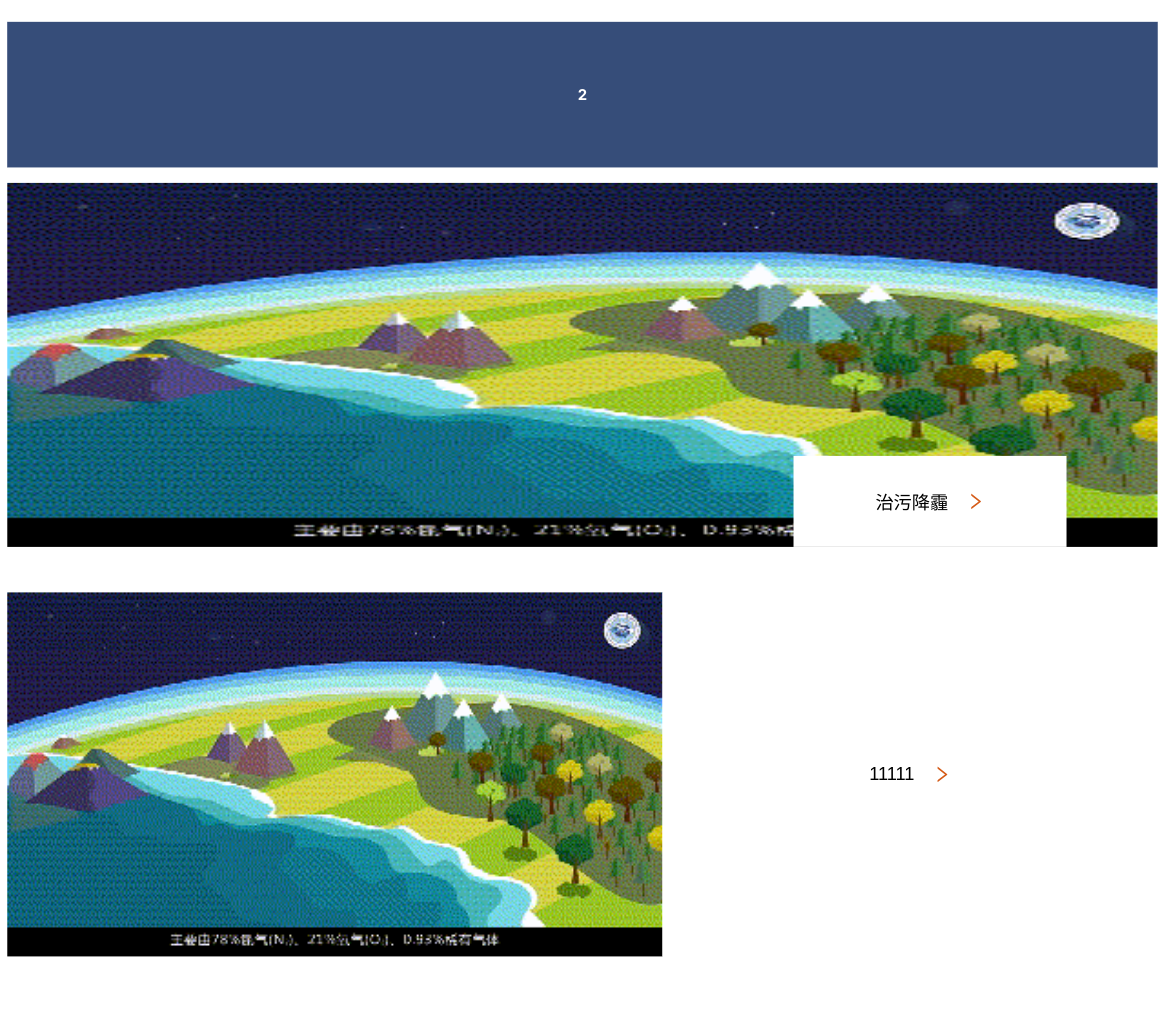
Repository: samllbin/summerWeb
Page: /
An editor plug-in stored every save of this project. The page is shown before and after the next save, followed by the edit.
The browser window is 1280 px wide. The pictures show the whole page, at 91% of full size.
The project was rebuilt for these pictures with package versions that can differ from the ones it lists, and the page was loaded fresh each time. Also part of the build but not shown: vite.config.js, components/menu/config.js.

Above is the page before, as saved 2024-07-22 16:00:19.

### src/App.jsx
import React, { useState } from "react";
import style from "./assets/index.module.css";
import Carousel from "@components/carousel/index";
import MenuTab from "@components/menu/MenuTab";
import Content from "@components/content";
import Article from "@components/article";

export default function App() {
  const [current, setCurrent] = useState("1");
  return (
    <div>
      <Carousel />
      <div className={style.layout}>
        {/* <MenuTab setCurrent={setCurrent} current={current} /> */}
        {/* <Content /> */}
        <Article type={"all"} />
        <Article type={"right"} />
      </div>
    </div>
  );
}

### src/assets/index.module.css
.layout {
  display: flex;
  flex-direction: column;
}

### components/carousel/index.jsx
import React from "react";
import { Carousel } from "antd";
import style from "./index.module.css";

export default function carousel() {
  return (
    <Carousel autoplay>
      <div>
        <h3 className={style.contentStyle}>1</h3>
      </div>
      <div>
        <h3 className={style.contentStyle}>2</h3>
      </div>
      <div>
        <h3 className={style.contentStyle}>3</h3>
      </div>
      <div>
        <h3 className={style.contentStyle}>4</h3>
      </div>
    </Carousel>
  );
}

### components/article/index.jsx
import React from "react";
import style from "./index.module.css";
import { RightOutlined } from "@ant-design/icons";

export default function Article({ type, imgURL, title }) {
  return (
    <div className={style.layout}>
      {type === "all" ? (
        <div className={style.allLayout}>
          <img
            src="../../public/大气组成.png"
            alt="article"
            className={style.allImage}
          />
          <div className={style.allTitle}>
            治污降霾
            <RightOutlined style={{ color: "#d55c19", marginLeft: 20 }} />
          </div>
        </div>
      ) : type === "right" ? (
        <div className={style.rightLayout}>
          <img
            src="../../public/大气组成.png"
            alt=""
            className={style.rightImage}
          />
          <div className={style.rightTitle}>
            11111
            <RightOutlined style={{ color: "#d55c19", marginLeft: 20 }} />
          </div>
        </div>
      ) : (
        <div></div>
      )}
    </div>
  );
}

### components/carousel/index.module.css
.contentStyle {
  height: 160px;
  color: #fff;
  line-height: 160px;
  text-align: center;
  background: #364d79;
}

### components/article/index.module.css
.layout {
  display: flex;
  font-family: "宋体", sans-serif;
  margin-bottom: 50px;
  height: 400px;
  width: 100%;
}
.allLayout {
  display: flex;
  position: relative;
  width: 100%;
}
.allImage {
  width: 100%;
}

.allTitle {
  display: flex;
  align-items: center;
  justify-content: center;
  position: absolute;
  right: 100px;
  bottom: 0;
  background-color: #fff;
  width: 300px;
  height: 100px;
  font-size: 20px;
  font-weight: 500;
  cursor: pointer;
}

.rightLayout {
  display: flex;
  flex: 1;
}

.rightTitle {
  display: flex;
  width: 50%;
  align-items: center;
  justify-content: center;
  background-color: #fff;
  font-size: 20px;
  font-weight: 500;
  cursor: pointer;
}

### components/menu/MenuTab.jsx
import React from "react";
import { Menu } from "antd";
import { useState } from "react";
import { config } from "./config";

export default function MenuTab({ current, setCurrent }) {
  const onClick = (e) => {
    console.log("click ", e);
    setCurrent(e.key);
  };
  return (
    <div>
      <Menu
        onClick={onClick}
        style={{ width: 256 }}
        defaultOpenKeys={["sub1"]}
        selectedKeys={[current]}
        mode="inline"
        items={config}
      />
    </div>
  );
}

### components/content/index.jsx
import React from "react";
import style from "./index.module.css";

export default function Content() {
  return (
    <div className={style.layout}>
      <span>
        大气是由混合气体、水汽和杂质组成的。干洁大气主要由78%的氮气、21%的氧气、0.93%的稀有气体、0.04%的二氧化碳以及0.03%的其他物质组成。
      </span>
      <img src="../../public/大气组成.png" alt="" />
    </div>
  );
}

### components/content/index.module.css
.layout {
  display: flex;
  width: 100%;
  flex-direction: column;
  align-items: center;
  justify-content: center;
}

Loaded but not shown: index.html (common file); src/main.jsx (common file)

After the next save:
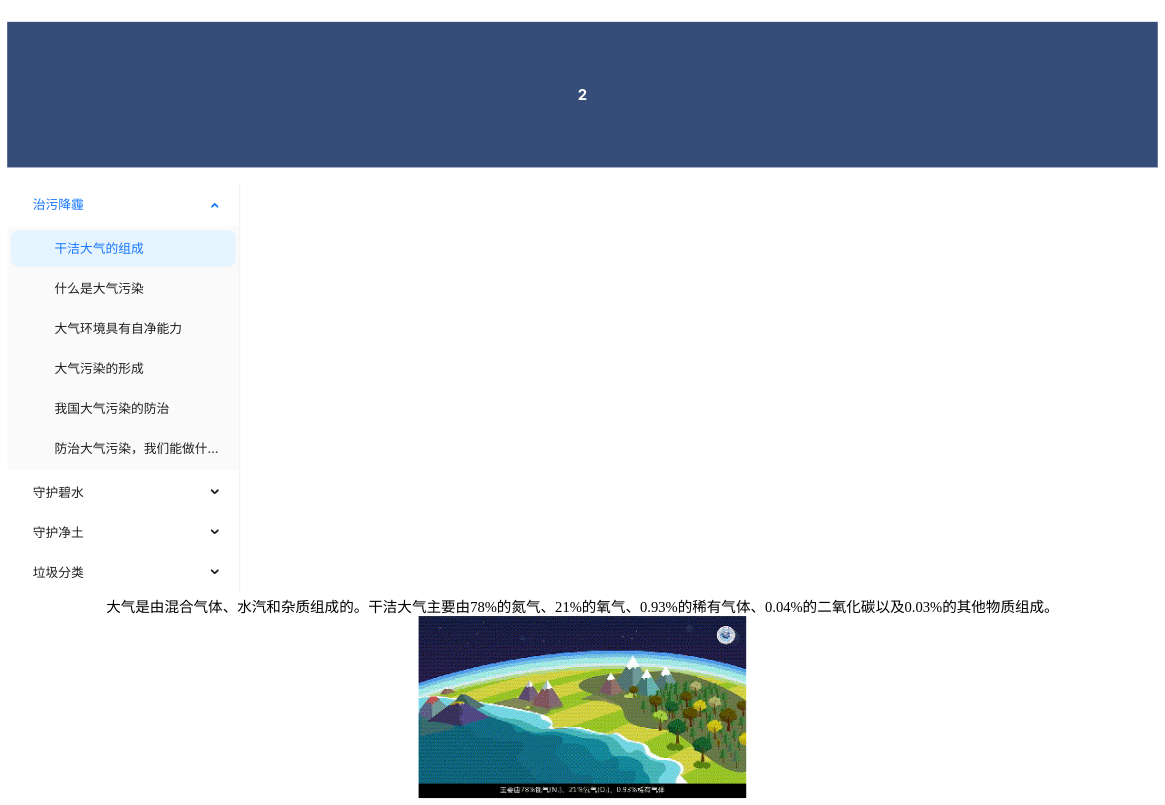
Saved 75 s later.
--- a/src/App.jsx
+++ b/src/App.jsx
@@ -11,10 +11,10 @@ export default function App() {
     <div>
       <Carousel />
       <div className={style.layout}>
-        {/* <MenuTab setCurrent={setCurrent} current={current} /> */}
-        {/* <Content /> */}
-        <Article type={"all"} />
-        <Article type={"right"} />
+        <MenuTab setCurrent={setCurrent} current={current} />
+        <Content />
+        {/* <Article type={"all"} /> */}
+        {/* <Article type={"right"} /> */}
       </div>
     </div>
   );
